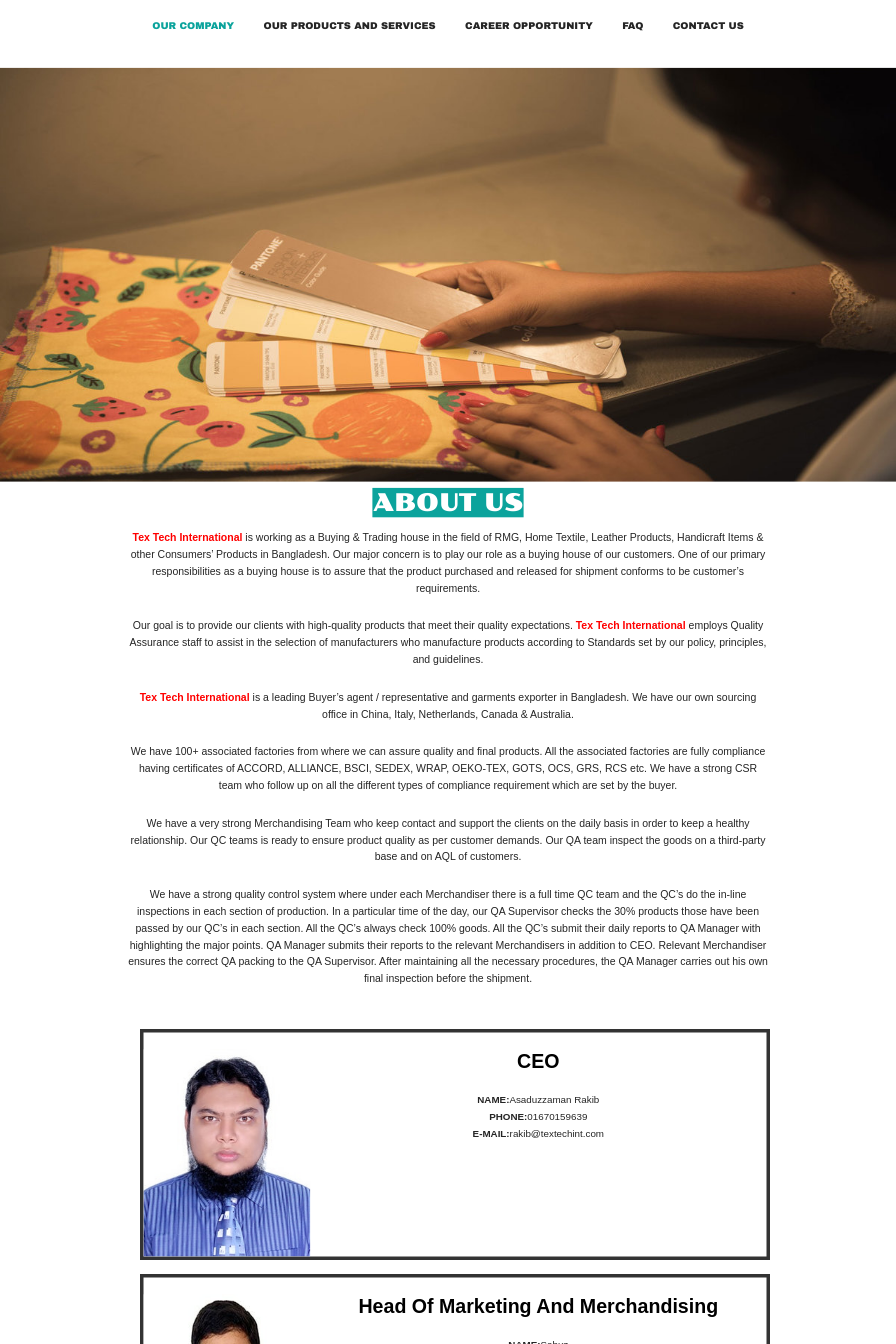
Repository: asifdotpy/textechint
Page: index.html
An editor plug-in stored every save of this project. The page is shown before and after the next save, followed by the edit.
The browser window is 1280 px wide. The pictures show the part of the page from y = 0 to 1920 px (the page is 3359 px tall), at 70% of full size.

Above is the page before, as saved 2021-02-24 00:26:18.

### index.html
<!doctype html>
<html>
<head>
	<meta charset="UTF-8">
	<meta name="viewport" content="width=device-width, initial-scale=1.0">
	<title>Tex Tech International</title>
	<link rel="stylesheet" type="text/css" href="css/style.css">
	<link rel="stylesheet" type="text/css" href="css/mobile.css" media="screen and (max-width : 568px)">
	<script type="text/javascript" src="js/mobile.js"></script>
</head>
<body>
	<div id="header">
		<ul id="navigation">
			<li class="selected">
				<a href="index.html">our company</a>
			</li>
			<li>
				<a href="gallery.html">Our Products and services
				</a>
			</li>
			<li>
				<a href="about.html">career opportunity</a>
			</li>
			<li>
				<a href="blog.html">faq</a>
			</li>
			<li>
				<a href="contact.html">contact us</a>
			</li>
		</ul>
	</div>
	<div id="body">
		<div id="featured">
			<img src="images/featured.jpg" alt="">
		</div>
		<div class='intro'>
			<h1>About us</h1>
			<div class="main">
			<p><strong style="color: red;">Tex Tech International</strong> is working as a Buying & Trading house in the field of RMG, Home Textile, Leather Products, Handicraft Items & other Consumers’ Products in Bangladesh. Our major concern is to play our role as a buying house of our customers. One of our primary responsibilities as a buying house is to assure that the product purchased and released for shipment conforms to be customer’s requirements.</p>
			<p>Our goal is to provide our clients with high-quality products that meet their quality expectations.
				<strong style="color: red;">Tex Tech International</strong> employs Quality Assurance staff to assist in the selection of manufacturers who manufacture products according to Standards set by our policy, principles, and guidelines.</p>
			<p><strong style="color: red;">Tex Tech International</strong> is a leading Buyer’s agent / representative and garments exporter in Bangladesh. We have our own sourcing office in China, Italy, Netherlands, Canada & Australia.</p>
			<p>We have 100+ associated factories from where we can assure quality and final products. All the associated factories are fully compliance having certificates of ACCORD, ALLIANCE, BSCI, SEDEX, WRAP, OEKO-TEX, GOTS, OCS, GRS, RCS etc. We have a strong CSR team who follow up on all the different types of compliance requirement which are set by the buyer.</p>
			<p>We have a very strong Merchandising Team who keep contact and support the clients on the daily basis in order to keep a healthy relationship. Our QC teams is ready to ensure product quality as per customer demands. Our QA team inspect the goods on a third-party base and on AQL of customers.</p>
			<p>We have a strong quality control system where under each Merchandiser there is a full time QC team and the QC’s do the in-line inspections in each section of production. In a particular time of the day, our QA Supervisor checks the 30% products those have been passed by our QC’s in each section. All the QC’s always check 100% goods. All the QC’s submit their daily reports to QA Manager with highlighting the major points. QA Manager submits their reports to the relevant Merchandisers in addition to CEO. Relevant Merchandiser ensures the correct QA packing to the QA Supervisor. After maintaining all the necessary procedures, the QA Manager carries out his own final inspection before the shipment.</p>
			</p>
			</div>

		</div>

		<div class='heroes'>
		<ul>
			<div class="post-container">
				<div class="post-thumb"><img src="images/rakib.jpg" /></div>
				<div class="post-content">
					<h3 class="post-title">CEO</h3>
					<p><b>NAME:</b>Asaduzzaman Rakib</p>
					<p><b>PHONE:</b>01670159639</p>
					<p><b>E-MAIL:</b>rakib@textechint.com</p>
			   </div>
			</div>
			<div class="post-container">
				<div class="post-thumb"><img src="images/sabuz.jpg" /></div>
				<div class="post-content">
					<h3 class="post-title">Head Of Marketing And Merchandising</h3>
					<p><b>NAME:</b>Sabuz</p>
					<p><b>PHONE:</b>01xxxxxxxxxx</p>
					<p><b>E-MAIL:</b>sabuz@textechint.com</p>
			   </div>
			</div>
			<div class="post-container">
				<div class="post-thumb"><img src="images/monir.jpg" /></div>
				<div class="post-content">
					<h3 class="post-title">Head Of Finance And Accounts</h3>
					<p><b>NAME:</b>Monir</p>
					<p><b>PHONE:</b>01xxxxxxxxxx</p>
					<p><b>E-MAIL:</b>monir@textechint.com</p>
			   </div>
			</div>
			<div class="post-container">
				<div class="post-thumb"><img src="images/asif.jpg" /></div>
				<div class="post-content">
					<h3 class="post-title">Head Of IT</h3>
					<p><b>NAME:</b>Asif Iqbal</p>
					<p><b>PHONE:</b>01675259212</p>
					<p><b>E-MAIL:</b>asif@textechint.com</p>
			   </div>
			</div>
			<div class="post-container">
				<div class="post-thumb"><img src="images/apu.jpg" /></div>
				<div class="post-content">
					<h3 class="post-title">IT Executive</h3>
					<p><b>NAME:</b>Apu Chowdhury</p>
					<p><b>PHONE:</b>01635092636</p>
					<p><b>E-MAIL:</b>apu@textechint.com</p>
			   </div>
			</div>
		</ul>
		</div>
	</div>
	<div id="footer">
		<div>
			<p>&copy; Created by Asif and Apu. All rights reserved.</p>
			<ul>
				<li>
					<a href="http://freewebsitetemplates.com/go/twitter/" id="linkedin">linkedin</a>
				</li>
				<li>
					<a href="https://www.facebook.com/textechint" target="_blank" id="facebook">facebook</a>
			</ul>
		</div>
	</div>
</body>
</html>

### css/style.css
@font-face {
	font-family: 'poller_oneregular';
	src: url('../fonts/pollerone/pollerone-webfont.eot');
	src: url('../fonts/pollerone/pollerone-webfont.eot?#iefix') format('embedded-opentype'),
		 url('../fonts/pollerone/pollerone-webfont.woff') format('woff'),
		 url('../fonts/pollerone/pollerone-webfont.ttf') format('truetype'),
		 url('../fonts/pollerone/pollerone-webfont.svg#poller_oneregular') format('svg');
}
@font-face {
	font-family: 'leckerli_oneregular';
	src: url('../fonts/leckerlione/leckerlione-regular-webfont.eot');
	src: url('../fonts/leckerlione/leckerlione-regular-webfont.eot?#iefix') format('embedded-opentype'),
		 url('../fonts/leckerlione/leckerlione-regular-webfont.woff') format('woff'),
		 url('../fonts/leckerlione/leckerlione-regular-webfont.ttf') format('truetype'),
		 url('../fonts/leckerlione/leckerlione-regular-webfont.svg#leckerli_oneregular') format('svg');
}

body {
	background: #fff;
	font-family: Arial, Helvetica, sans-serif;
	font-size: 14px;
	font-weight: normal;
	line-height: 1;
	margin: 0;
	min-width: 960px;
	padding: 0;
}
p {
	color: #252525;
	line-height: 24px;
	margin: 0;
	padding: 0;
}
p a {
	color: #252525;
	text-decoration: underline;
}
p a:hover {
	color: #898989;
}
#header {
	margin: 0 auto;
	padding: 4px 0 50px;
	text-align: center;
	width: 960px;
}
#header a.logo {
	display: block;
	margin: 0 auto;
	padding: 0;
	width: 340px;
}
#header a.logo img {
	border: 0;
	display: block;
	margin: 0;
	padding: 0;
}
#header ul {
	margin: 0;
	padding: 25px 0 0;
}
#header ul li {
	display: inline;
	list-style: none;
	margin: 0;
	padding: 0 19px;
}
#header ul li a {
	color: #252525;
	display: inline-block;
	font-family: "Arial Black", Gadget, sans-serif;
	font-size: 14px;
	font-weight: normal;
	margin: 0;
	padding: 0 0 3px;
	text-decoration: none;
	text-transform: uppercase;
}
#header ul li a:hover, #header ul li.selected a {
	color: #0ba39c;
}
#body {
	margin: 0;
	padding: 0 0 30px;
	text-align: center;
}
#body h1 {
	color: #fff;
	display: inline;
	font-family: poller_oneregular;
	font-size: 35px;
	font-weight: normal;
	margin: 0;
	padding: 0;
	text-transform: uppercase;
}
#body h1 span {
	background: #252525;
	display: inline-block;
	padding: 15px 28px 12px;
}
#body > div {
	margin: 0 auto;
	padding: 0;
	width: 960px;
}
#body > div img {
	border: 0 auto;
	margin: 24px 0 0;
	padding: 0;
}
#body > div .article {
	margin: 0 auto;
	padding: 30px 30px 0;
	width: 560px;
}
#body > div .article h2 {
	font-family: "Arial Black", Gadget, sans-serif;
	font-size: 25px;
	font-weight: normal;
	margin: 0 0 30px;
}
#body > div .article h3 {
	color: #252525;
	line-height: 24px;
	margin: 0;
	padding: 0;
}
#body > div .article h4 {
	background: #252525;
	color: #fff;
	display: inline-block;
	font-family: "Arial Black", Gadget, sans-serif;
	font-size: 25px;
	font-weight: normal;
	margin: 0 0 30px;
	padding: 8px 27px 10px;
}
#body > div .article p {
	margin: 0 0 30px;
}
#body div div ul {
	margin: 0;
	padding: 24px 10px 0;
	width: 940px;
	list-style-type: none;
}
#body div div ul li {
	border: 2px solid #1a1a1a;
	display: block;
	list-style: none;
	margin: 0 0 13px;
	overflow: hidden;
	padding: 0;
}
#body div ul li .figure {
	border-right: 2px solid #1a1a1a;
	float: left;
	margin: 0;
	padding: 0;
	width: 376px;
}
#body div ul li img {
	border: 0;
	display: block;
	margin: 0;
	padding: 0;
	opacity: 0.8;
	transition: 0.5s ease-in-out;
}
#body div ul li .figure:hover img {
	opacity: 1;
}
#body div ul li div {
	float: left;
	margin: 0;
	padding: 63px 0 20px;
	width: 558px;
}
#body div ul li div h3 {
	color: #252525;
	font-family: "Arial Black", Gadget, sans-serif;
	font-size: 25px;
	font-weight: normal;
	margin: 0;
	padding: 0;
	text-transform: uppercase;
}
#body div ul li div p {
	padding: 30px 30px 18px;
}
#body div ul li div a.more {
	background: #000;
	color: #fff;
	display: inline-block;
	font-family: "Arial Black", Gadget, sans-serif;
	font-size: 18px;
	font-weight: normal;
	margin: 0;
	padding: 8px 28px;
	text-decoration: none;
	text-transform: uppercase;
}
#body div ul li div a.more:hover {
	color: #252525;
	background: #fff;
	border: 2px solid #252525;
}
#body #featured {
	margin: 0 0 13px;
	padding: 0;
	position: relative;
	width: 100%;
}
#body #featured img {
	border: 0;
	display: block;
	margin: 0;
	padding: 0;
	width: 100%;
	height: auto;
}
#body #featured div {
	left: 50%;
	margin-left: -480px;
	margin-top: -171px;
	padding: 0 0 0 470px;
	position: absolute;
	top: 50%;
	text-align: left;
	width: 490px;
}
#body #featured div h2 {
	background: #fff;
	color: #000;
	display: inline-block;
	font-family: poller_oneregular;
	font-size: 20px;
	font-weight: normal;
	margin: 0 0 18px;
	padding: 23px 27px 20px;
	text-transform: uppercase;
}
#body #featured div span {
	background: #252525;
	color: #fff;
	display: inline-block;
	font-size: 20px;
	margin: 7px 0;
	padding: 12px 27px;
}
#body #featured div a {
	background: #0ba39c;
	color: #fff;
	display: inline-block;
	font-size: 16px;
	margin: 15px 0 0;
	padding: 26px 27px 22px;
	text-align: center;
	text-decoration: none;
	text-transform: uppercase;
}
#body #featured div a:hover {
	background: #1fc3bc;
}
#body > ul {
	margin: 0 auto;
	overflow: hidden;
	padding: 24px 0 0;
	width: 960px;
}
#body > ul li {
	display: block;
	float: left;
	margin: 0 10px 20px;
	padding: 0;
	width: 300px;
}
#body > ul li a {
	color: #000;
	display: block;
	font-family: poller_oneregular;
	font-size: 20px;
	font-weight: normal;
	margin: 0;
	padding: 0;
	text-align: center;
	text-decoration: none;
	text-transform: uppercase;
}
#body > ul li a img {
	border: 2px solid #1a1a1a;
	display: block;
	margin: 0;
	padding: 0;
	opacity: .8;
	transition: 0.5s ease-in-out;
}
#body > ul li a:hover img {
	opacity: 1;
}
#body > ul li a span {
	display: block;
	margin: 0;
	padding: 33px 0 0;
}
#body form {
	margin: 0 auto;
	padding: 24px 0 0;
	width: 620px;
}
#body form input, #body form textarea {
	border: 2px solid #252525;
	color: #252525;
	font-family: Arial, Helvetica, sans-serif;
	font-size: 15px;
	font-weight: normal;
	margin: 0 0 37px;
	padding: 20px 10px;
	text-align: center;
	text-transform: uppercase;
	width: 596px;
}
#body form textarea {
	height: 175px;
	overflow: auto;
	resize: none;
}
#body form #send {
	background: #252525;
	color: #fff;
	font-family: "Arial Black", Gadget, sans-serif;
	font-size: 15px;
	font-weight: normal;
	display: inline-block;
	padding: 20px 28px;
	width: auto;
}
#body form #send:hover {
	background: #fff;
	color: #252525;
	cursor: pointer;
}
#footer {
	background: #252525;
	margin: 0;
	padding: 36px 0 42px;
}
#footer div {
	margin: 0 auto;
	overflow: hidden;
	padding: 0;
	width: 960px;
}
#footer div p {
	color: #fff;
	float: left;
	line-height: 44px;
	margin: 0 0 0 10px;
	padding: 0;
}
#footer div ul {
	display: block;
	float: right;
	margin: 0;
	overflow: hidden;
	padding: 0;
	width: 256px;
}
#footer div ul li {
	display: block;
	float: left;
	list-style: none;
	margin: 0 10px;
	padding: 0;
	width: 44px;
}
#footer div ul li a {
	background: url(../images/icons.jpg) no-repeat 0 0;
	display: block;
	height: 44px;
	margin: 0;
	padding: 0;
	text-indent: -99999px;
	width: 44px;
}
#footer div ul li #linkedin {
	background-position: 0 0;
}
#footer div ul li #linkedin:hover {
	background-position: -44px 0;
}
#footer div ul li #facebook {
	background-position: 0 -44px;
}
#footer div ul li #facebook:hover {
	background-position: -44px -44px;
}

div .intro h1 {
	margin: 0px 50px;
	padding: 0px 50px;
	background-color: #0ba39c;
	text-decoration: #1a1a1a;
}

div .intro p {
	margin: 10px;
	padding: 10px;
}

div .main {
	font-size: 15px;
}



.post-container {
    margin: 20px 20px 0 0;
    border: 5px solid #333;
    overflow: auto
}
.post-thumb {
    float: left;
}
.post-thumb img {
    display: block;
}
.post-content {
    margin-left: 210px
}
.post-title {
    font-weight: bold;
    font-size: 200%
}

div .main {
	text-align: ;
}

### js/mobile.js
window.onload = function(){
	var getNavi = document.getElementById('navigation');

	var mobile = document.createElement("span");
	mobile.setAttribute("id","mobile-navigation");
	getNavi.parentNode.insertBefore(mobile,getNavi);

	document.getElementById('mobile-navigation').onclick = function(){
		var a = getNavi.getAttribute('style');
		if(a){
			getNavi.removeAttribute('style');
			document.getElementById('mobile-navigation').style.backgroundImage='url(images/mobile-menu.png)';
		} else {
			getNavi.style.display='block';
			document.getElementById('mobile-navigation').style.backgroundImage='url(images/mobile-close.png)';
		}
	};
	var getElm = getNavi.getElementsByTagName("LI");
	for(var i=0;i<getElm.length;i++){
		if(getElm[i].children.length>1){
			var smenu = document.createElement("span");
			smenu.setAttribute("class","mobile-submenu");
			smenu.setAttribute("OnClick","submenu("+i+")");
			getElm[i].appendChild(smenu);
		};
	};
	submenu = function (i){
		var sub = getElm[i].children[1];
		var b = sub.getAttribute('style');
		if(b){
			sub.removeAttribute('style');
			getElm[i].lastChild.style.backgroundImage='url(images/mobile-expand.png)';
			getElm[i].lastChild.style.backgroundColor='rgba(11, 163, 156, 0.7)';
		} else {
			sub.style.display='block';
			getElm[i].lastChild.style.backgroundImage='url(images/mobile-collapse.png)';
			getElm[i].lastChild.style.backgroundColor='rgba(0,0,0,0.8)';
		}
	};
};

### css/mobile.css
body {
	min-width: 0;
}
#header {
	padding: 20px 0;
	position: relative;
	width: 100%;
}
#header a.logo {
	width: 80%;
}
#header a.logo img {
	width: 100%;
}
#mobile-navigation {
	background: url(../images/mobile-menu.png) no-repeat 0 0;
	display: block;
	height: 50px;
	margin: 30px auto 0;
	padding: 0;
	width: 50px;
}
#header ul {
	border: 1px solid #fff;
	display: none;
	left: 50%;
	margin-left: -45%;
	padding: 0;
	position: absolute;
	width: 90%;
	z-index: 1001;
}
#header ul li {
	border-top: 1px solid #fff;
	display: block;
	margin: 0;
	padding: 0;
	position: relative;
}
#header > ul > li:first-child {
	border: 0;
}
#header ul li a {
	background: rgba(11, 163, 156, 0.9);
	color: #fff;
	display: block;
	font-family: Arial, Helvetica, sans-serif;
	font-size: 16px;
	font-weight: normal;
	height: 49px;
	line-height: 49px;
	padding: 0 15px;
	text-align: left;
}
#header ul li a:hover, #header ul li.selected a {
	background: rgba(0, 0, 0, 0.9);
	color: #fff;
}
#header ul ul {
	display: none;
	border: 0;
	height: auto;
	left: 0;
	margin: 0;
	position: relative;
	width: 100%;
}
#header ul ul li a {
	text-indent: 15px;
}
#header ul li span {
	background: rgba(11, 163, 156, 0.9) url(../images/mobile-expand.png) no-repeat 0 0;
	border-left: 1px solid #fff;
	display: block;
	height: 49px;
	position: absolute;
	right: 0;
	top: 0;
	width: 50px;
}
#body {
	width: 100%;
}
#body h1 {
	display: block;
	font-size: 20px;
	margin: 0 auto;
	width: 90%;
}
#body h1 span {
	display: block;
	padding: 3%;
	width: 94%;
}
#body > div {
	padding: 0 5%;
	width: 90%;
}
#body > div img {
	margin: 24px 0 30px;
	width: 98%
}
#body > div .article {
	padding: 0;
	width: 100%;
}
#body > div .article h2, #body > div .article h4 {
	font-size: 18px;
	font-weight: bold;
}
#body #featured {
	overflow: hidden;
	margin: 0 0 20px
}
#body #featured img {
	min-width: 960px;
}
#body #featured div {
	left: 0;
	margin: 0;
	padding: 0 2%;
	position: absolute;
	top: 0;
	text-align: left;
	width: 96%;
}
#body #featured div h2 {
	font-size: 14px;
	font-weight: normal;
	margin: 50px 0 10px;
	padding: 8px 5px;
}
#body #featured div span {
	display: block;
	font-size: 14px;
	margin: 10px 0;
	padding: 10px;
}
#body #featured div a {
	font-size: 14px;
	margin: 5px 0 0;
	padding: 10px;
}
#body > ul {
	overflow: visible;
	padding: 0 5%;
	width: 90%;
}
#body ul.gallery {
	padding: 5% 0;
	overflow: hidden;
	width: 100%;
}
#body > ul li {
	float: none;
	margin: 0;
	width: 100%;
}
#body ul.gallery li {
	float: left;
	margin: 0 0 5% 5%;
	width: 42%;
}
#body > ul li a img {
	width: 98%;
}
#body > ul li a span {
	padding: 15px 0;
}
#body div ul {
	margin: 0;
	padding: 20px 0 0;
	width: 100%;
}
#body div ul li {
	overflow: visible;
	padding: 0 0 20px;
	width: 99%;
}
#body div ul li .figure {
	border: 0;
	display: block;
	float: none;
	margin: 0 0 20px;
	width: 100%;
}
#body div ul li .figure img {
	width: 100%;
}
#body div ul li div {
	float: none;
	padding: 0;
	width: 100%;
}
#body div ul li div a.more:hover {
	height: 14px;
	line-height: 14px;
}
#body form {
	width: 100%;
}
#body form input, #body form textarea {
	margin: 0 0 20px;
	padding: 10px;
	width: 84%;
}
#body form #send {
	padding: 10px;
}
#footer {
	padding: 10px 0 25px;
}
#footer div {
	overflow: visible;
	width: 100%;
}
#footer div p {
	float: none;
	margin: 0;
	text-align: center;
}
#footer div ul {
	float: none;
	margin: 0 auto;
	width: 256px;
}

After the next save:
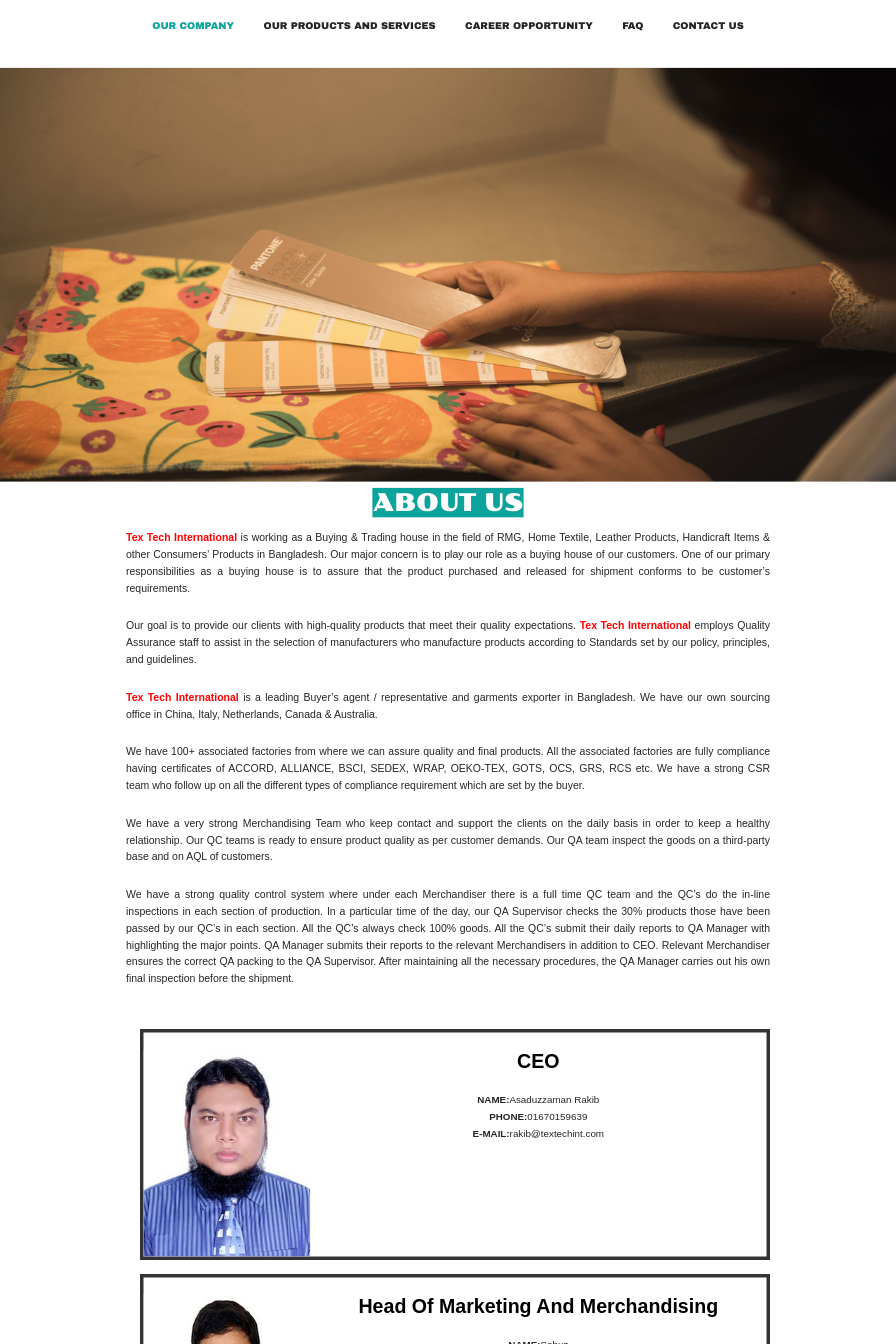
Saved 4 s later.
--- a/css/style.css
+++ b/css/style.css
@@ -436,5 +436,5 @@
 }
 
 div .main {
-	text-align: ;
-}
+	text-align: justify;
+}
